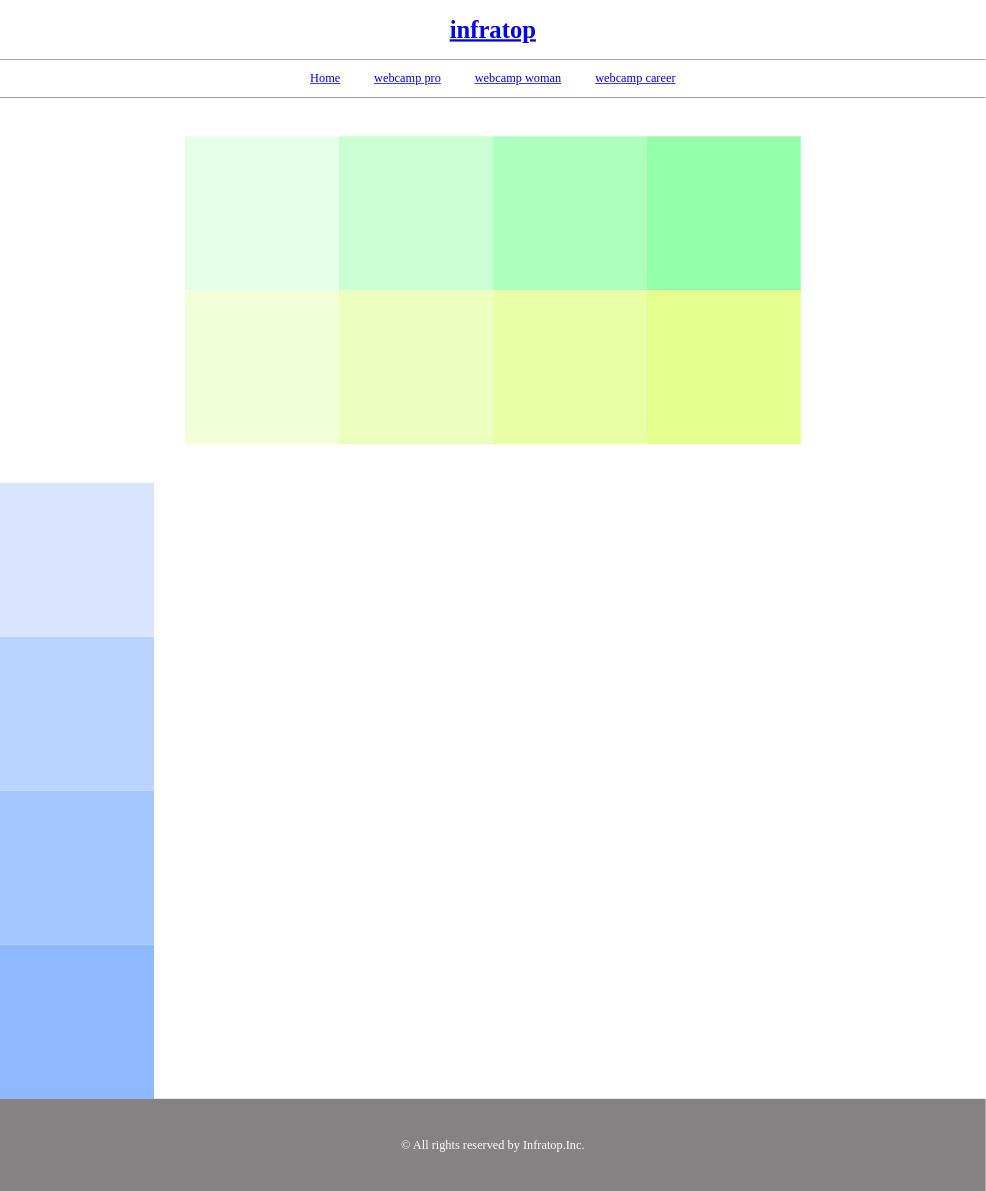
Repository: yuu3176/theme1
Page: 1-5/1-5.html
The author's editor kept a record of every edit. The page is drawn from the files as they stood at one moment, then again after the next edit.
The browser window is 1280 px wide. The pictures show the whole page, at 77% of full size.

Above is the page before.

### 1-5/1-5.html
<!DOCTYPE html>
<html lang="ja">
  <head>
    <meta charset="utf-8">
    <link rel="stylesheet" href="1-5.css">
    <title>1-5</title>
  </head>

  <body>
    <header>
      <h1>
        <a href="1-5.html">infratop</a>
      </h1>
    </header>
    <nav>
      <ul class="nav-list">
        <li class="nav-list-item">
          <a href="https://web-camp.io/">Home</a>
        </li>
        <li class="nav-list-item">
          <a href="https://web-camp.io/commit/">webcamp pro</a>
        </li>
        <li class="nav-list-item">
        <a href="https://web-camp.io/courses/webDesign/">webcamp woman</a>
        </li>
        <li class="nav-list-item">
        <a href="https://web-camp.io/career-support/">webcamp career</a>
        </li>
      </ul>
    </nav>
    <div class="main">
      <div class="color-green1"></div>
      <div class="color-green2"></div>
      <div class="color-green3"></div>
      <div class="color-green4"></div>
      <div class="color-yellow1"></div>
      <div class="color-yellow2"></div>
      <div class="color-yellow3"></div>
      <div class="color-yellow4"></div>
    </div>
    <div class="main3">
      <div class="color-blue1"></div>
      <div class="color-blue2"></div>
      <div class="color-blue3"></div>
      <div class="color-blue4"></div>
    </div>
    <footer>
      <p class="footer-text">© All rights reserved by Infratop.Inc.</p>
    </footer>
  </body>
</html>

### 1-5/1-5.css
*{
  margin:0px;
  padding:0px;
  box-sizing: border-box;
}

header{
  width:100%;
  padding:20px 0;
  text-align: center;
}

.nav-list {
  text-align: center;
  padding: 15px 0;
  margin: 0 auto;
  border-bottom: 1px solid #848282;
  border-top: 1px solid #848282;
}

.nav-list-item {
  list-style: none;
  display: inline-block;
  margin: 0 20px;
}

.main{
  width:800px;
  margin:50px auto;
  display:flex;
  flex-wrap:wrap;
}

.color-green1{
  width:200px;
  height:200px;
  background-color:#e6ffe9;
}

.color-green2{
  width:200px;
  height:200px;
  background-color:#cbffd3;
}

.color-green3{
  width:200px;
  height:200px;
  background-color:#aeffbd;
}

.color-green4{
  width:200px;
  height:200px;
  background-color:#93ffab;
}

.color-yellow1{
  width:200px;
  height:200px;
  background-color:#f3ffd8;
}

.color-yellow2{
  width:200px;
  height:200px;
  background-color:#edffbe;
}

.color-yellow3{
  width:200px;
  height:200px;
  background-color:#e9ffa5;
}

.color-yellow4{
  width:200px;
  height:200px;
  background-color:#e4ff8d;
}

.color-blue1{
  width:200px;
  height:200px;
  background-color:#d9e5ff;
}

.color-blue2{
  width:200px;
  height:200px;
  background-color:#bad3ff;
}

.color-blue3{
  width:200px;
  height:200px;
  background-color:#a4c6ff;
}

.color-blue4{
  width:200px;
  height:200px;
  background-color:#8eb8ff;
}

footer{
  width:100%;
  height:120px;
  text-align: center;
  line-height: 120px;
  background-color:#848282;
}
.footer-text{
  color:#fff;
}

After the next edit:
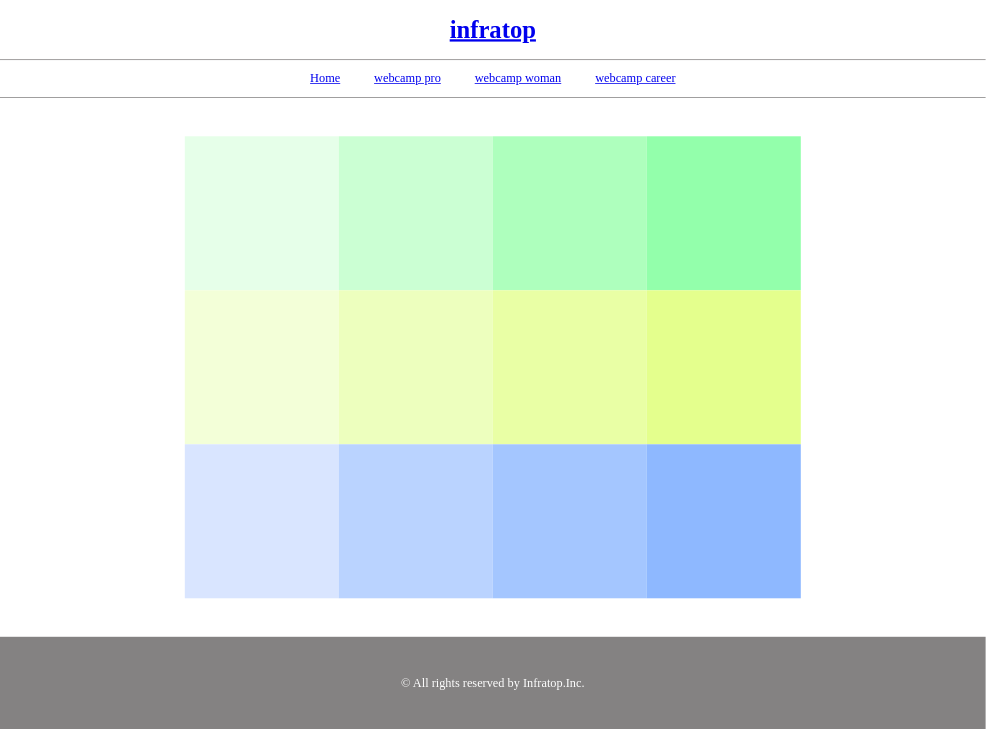
The edit:
--- a/1-5/1-5.html
+++ b/1-5/1-5.html
@@ -37,8 +37,6 @@
       <div class="color-yellow2"></div>
       <div class="color-yellow3"></div>
       <div class="color-yellow4"></div>
-    </div>
-    <div class="main3">
       <div class="color-blue1"></div>
       <div class="color-blue2"></div>
       <div class="color-blue3"></div>
